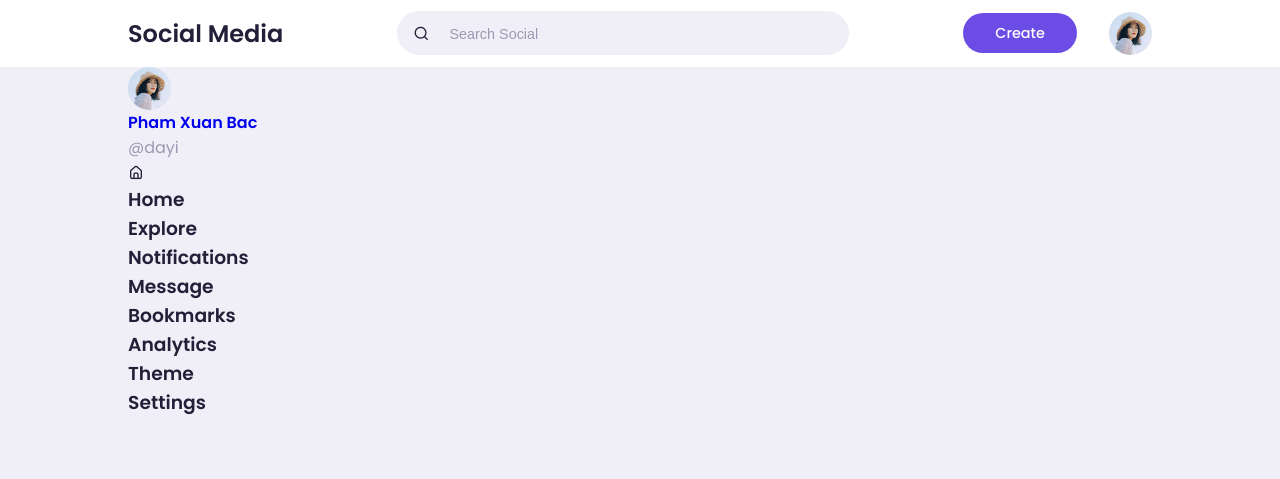
Repository: northpx/socialMedia
Page: index.html
The author's editor kept a copy of each file at every save. The page is drawn from the files as they stood at one save, then again after the next save.
The browser window is 1280 px wide. The pictures show the whole page.

Above is the page before, as saved 2023-03-07 16:57:27.

### index.html
<!DOCTYPE html>
<html lang="en">
<head>
    <meta charset="UTF-8">
    <meta http-equiv="X-UA-Compatible" content="IE=edge">
    <meta name="viewport" content="width=device-width, initial-scale=1.0">
    <link rel="stylesheet" href="/css/style.css">
    <link rel="stylesheet" href="https://unicons.iconscout.com/release/v4.0.0/css/line.css">
    <title>Social Media</title>
</head>
<body>
    <nav>
        <div class="container">
            <h2 class="logo">
                Social Media
            </h2>
            <div class="search-bar">
                <i class="uil uil-search"></i>
                <input type="search" placeholder="Search Social">
            </div>
            <div class="create">
                <label for="create-post" class="btn btn-primary">Create</label>
                <div class="profile-picture">
                    <img src="./images/profile-1.jpg" alt="">
                </div>
            </div>
        </div>
    </nav>

    <main>
        <div class="container">
            <!-- ===========LEFT================ -->
            <div class="left">
                <a href="#" class="profile">
                    <div class="profile-picture">
                        <img src="./images/profile-1.jpg" alt="">
                    </div>
                    <div class="handle">
                        <h4>Pham Xuan Bac</h4>
                        <p class="text-muted">
                            @dayi
                        </p>
                    </div>
                </a>
                <!-- =================SIDEBAR=========== -->
                <div class="sidebar">
                    <a class="menu-item">
                        <span><i class="uil uil-estate"></i></span><h3>Home</h3>
                        <span></span><h3>Explore</h3>
                        <span></span><h3>Notifications</h3>
                        <span></span><h3>Message</h3>
                        <span></span><h3>Bookmarks</h3>
                        <span></span><h3>Analytics</h3>
                        <span></span><h3>Theme</h3>
                        <span></span><h3>Settings</h3>
                    </a>
                </div>
            </div>
            <!-- ===============MIDDLE============== -->
            <div class="middle">

            </div>
            <!-- ==============RIGHT============== -->
            <div class="right">

            </div>
        </div>
    </main>
</body>
</html>

### css/style.css
@import url("https://fonts.googleapis.com/css2?family=Poppins:ital,wght@0,400;0,500;0,600;1,400;1,500;1,600&family=Roboto:ital,wght@0,100;0,300;0,400;0,500;0,700;0,900;1,100;1,300;1,400;1,500;1,700;1,900&display=swap");
:root {
  --color-white: hsl(252,30%,100%);
  --color-light: hsl(252,30%,95%);
  --color-gray: hsl(252,15%,65%);
  --color-primary: hsl(252,75%,60%);
  --color-secondary: hsl(252,100%,90%);
  --color-success: hsl(120,95%,65%);
  --color-danger: hsl(0,95%,65%);
  --color-dark: hsl(252,30%,17%);
  --color-black: hsl(252,30%,10%);
  --border-radius: 2rem;
  --card-border-radius: 1rem;
  --btn-padding: 0.6rem 2rem;
  --search-padding: 0.6rem 1rem;
  --card-padding: 1rem;
  --sticky-top-left: 5.4rem;
  --sticky-top-right: -18rem;
}

*, *::before, *::after {
  margin: 0;
  padding: 0;
  outline: 0;
  box-sizing: border-box;
  text-decoration: none;
  list-style: none;
  border: none;
}

body {
  font-family: "Poppins", sans-serif;
  color: var(--color-dark);
  background: var(--color-light);
  overflow-x: hidden;
}

.container{
    width: 80%;
    margin: 0 auto;
}

.profile-picture{
    width: 2.7rem;
    aspect-ratio: 1/1;
    border-radius: 50%;
    overflow: hidden;
}

img{
    display: block;
    width: 100%;
}

.btn{
    display:  inline-block;
    padding: var(--btn-padding);
    font-weight: 500;
    border-radius: var(--border-radius);
    cursor: pointer;
    transition: all .3s ease;
    font-size: 0.9rem;
}

.btn:hover{
    opacity: 0.8;
}

.btn-primary{
    background: var(--color-primary);
    color: white;
}

.text-bold{
    font-weight: 500;
}

.text-muted{
    color: var(--color-gray);
}

nav{
    width: 100%;
    background: var(--color-white);
    padding: 0.7rem 0;
    top: 0;
    z-index: 10;
}

nav .container{
    display: flex;
    align-items: center;
    justify-content: space-between;
}

nav .search-bar{
    background: var(--color-light);
    border-radius: var(--border-radius);
    padding: var(--search-padding);
}

nav .search-bar input[type="search"]{
    background: transparent;
    width: 30vw;
    margin-left: 1rem;
    font-size: 0.9rem;
    color: var(--color-dark);
}

nav .search-bar input[type="search"]::placeholder{
    color: var(--color-gray);

}

nav .create{
    display: flex;
    align-items: center;
    gap: 2rem;
}

After the next save:
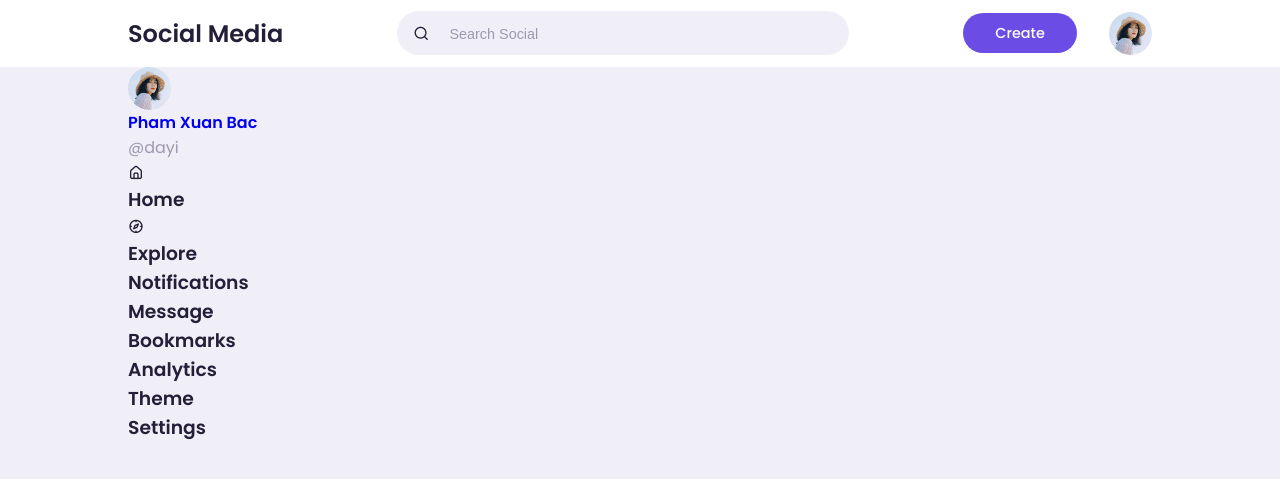
Saved 42 s later.
--- a/index.html
+++ b/index.html
@@ -46,7 +46,7 @@
                 <div class="sidebar">
                     <a class="menu-item">
                         <span><i class="uil uil-estate"></i></span><h3>Home</h3>
-                        <span></span><h3>Explore</h3>
+                        <span><i class="uil uil-compass"></i></span><h3>Explore</h3>
                         <span></span><h3>Notifications</h3>
                         <span></span><h3>Message</h3>
                         <span></span><h3>Bookmarks</h3>
